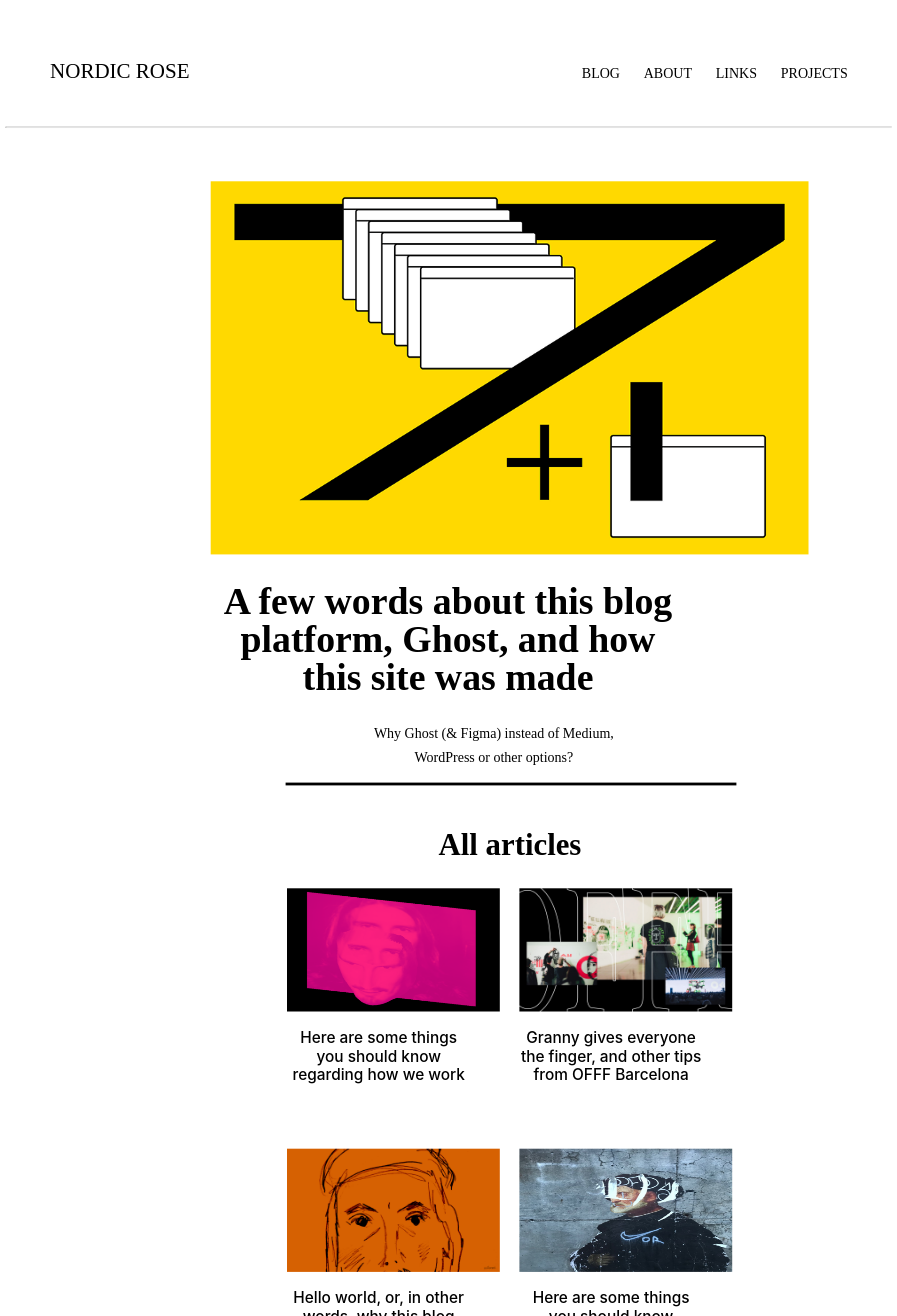
Repository: ThuTrang-jvb/JVB-BT1
Page: Page 2/listing.html
These files come from the project's save history. The page is drawn as it stood at one moment and after a run of saves; the edit follows.
The browser window is 1280 px wide. The page is 1280 px wide, then 1282 px, so the pictures cover 1282 px, including what lies to the right of the window. The pictures show the part of the page from y = 0 to 1880 px (the page is 3960 px tall before and 3779 px after), at 70% of full size.

Above is the page before, as saved 2025-06-26 15:21:50.

### Page 2/listing.html
<!DOCTYPE html>
<html lang="en">
<head>
    <meta charset="UTF-8">
    <meta name="viewport" content="width=device-width, initial-scale=1.0">
    <link rel="stylesheet" href="styleListing.css">
    <title>NORDIC ROSE</title>
</head>
<body>
    <div class="header">
        <h1>NORDIC ROSE</h1>
        <div class="nav">
            <p>blog</p>
            <p>about</p>
            <p>links</p>
            <p>projects</p>
        </div>
        <div class="hamburger">
            <span></span>
            <span></span>
            <span></span>
        </div>
    </div>
    <hr>

    <div class="main">
        <div class="title">
            <img src="image/image 2.png" alt="image 2">
            <h1>A few words about this blog platform, Ghost, and how this site was made</h1>
            <p>Why Ghost (& Figma) instead of Medium, <br> WordPress or other options?</p>
            <hr>
        </div>

        <div class="articles">
            <h2>All articles</h2>
            <div class="image_desktop">
                <div class="image">
                    <img src="image/image.png" alt="Rectangle 12">
                    <p>Here are some things you should know regarding how we work </p>
                </div>
                <div class="image">
                    <img src="image/image1.png" alt="Rectangle 13">
                    <p>Granny gives everyone the finger, and other tips from OFFF Barcelona</p>
                </div>
                <div class="image">
                    <img src="image/image2.png" alt="Rectangle 13" >
                    <p>Hello world, or, in other words, why this blog exists </p>
                </div>
                <div class="image">
                    <img src="image/image3.png" alt="Rectangle 12">
                    <p>Here are some things you should know regarding how we work  </p>
                </div>
                <div class="image">
                    <img src="image/image4.png" alt="Rectangle 14">
                    <p>Connecting artificial intelligence with digital product design</p>
                </div>
                <div class="image">
                    <img src="image/image5.png" alt="Rectangle 15">
                    <p>It’s all about finding the perfect balance </p>
                </div>
                <div class="image">
                    <img src="image/image6.png" alt="Rectangle 12">
                    <p>I believe learning is the most important skill</p>
                </div>
                <div class="image">
                    <img src="image/image7.png" alt="Rectangle 13">
                    <p>Clients are part of the team</p>
                </div>
                <div class="image">
                    <img src="image/image8.png" alt="Rectangle 19">
                    <p>Clients are part of the team</p>
                </div>
                <div class="image">
                    <img src="image/image9.png" alt="Rectangle 17">
                    <p>Here are some things you should know regarding how we work </p>
                </div>
                <div class="image">
                    <img src="image/image10.png" alt="Rectangle 16">
                    <p>Connecting artificial intelligence with digital product design</p>
                </div>
                <div class="image">
                    <img src="image/image11.png" alt="Rectangle 18">
                    <p>How modern remote working tools get along with Old School Cowboy's methods</p>
                </div>
            </div>
            <div class="image_mobile">
                <div class="image">
                    <img src="image/image1.png" alt="Rectangle 13">
                    <p>Granny gives everyone the finger, and other tips from OFFF Barcelona</p>
                </div>
                <div class="image">
                    <img src="image/image2.png" alt="">
                    <p>Hello world, or, in other words, why this blog exists</p>
                </div>
                <div class="image">
                    <img src="image/image.png" alt="">
                    <p>Here are some things you should know regarding how we work </p>
                </div>
                <div class="image">
                    <img src="image/image12.png" alt="Retangle 39">
                    <p>Updating list of 50+ sources on distributed teams, remote work, and how to make it all work better</p>
                </div>
                <div class="image">
                    <img src="image/image13.png" alt="Rectangle 37">
                    <p>A few words about this blog platform, Ghost, and how this site was made</p>
                </div>
                <div class="image">
                    <img src="image/image11.png" alt="">
                    <p>How modern remote working tools get along with Old School Cowboy's methods</p>
                </div>
            </div>
        </div>
    </div>
    <div class="footer">
        <div class="line">
            <span class="bold">Digital product design</span>
            <span>Remote work</span>
            <span class="bold">UX design</span>
            <span>Distributed teams</span>
            <span class="bold">Creativity</span>
            <span>Strategy</span>
            <span class="bold">Suspense</span>
            <span>Growth</span>

        </div>
        <p class="logo">NORDIC ROSE</p>
        <p class="para">Lorem ipsum dolor sit amet, consectetur adipiscing elit. Duis eu velit tempus erat egestas efficitur. In hac habitasse platea dictumst. Fusce a nunc eget ligula suscipit finibus. </p>
        <div class="info">
            <p>Twitter</p>
            <p>LinkedIn</p>
            <p>RSS</p>
        </div>
        <p class="year">© 2012–2020 Nordic Rose Co. All rights reserved. </p>
    </div>
</body>
</html>

### Page 2/styleListing.css

.header {
    width: 100%;
    max-width: 1440px;
    height: auto;
    box-sizing: border-box;
    justify-content: space-between;
    align-items: center;
    display: flex;
    gap: 476.59px;
    padding: 52.54px 61px 40px 63.58px;
}
.header h1 {
    font-weight: 400;
    font-size: 30px;
}
.hamburger {
  display: none;
  flex-direction: column;
  gap: 5px;
  cursor: pointer;
}

.hamburger span {
  width: 25px;
  height: 3px;
  background-color: black;
  display: block;
  border-radius: 2px;
}
hr {
    width: 100%;
    margin: 0;
}
.nav {
    font-family: New York Small;
    font-weight: 500;
    font-size: 20px;
    line-height: 170%;
    letter-spacing: 12%;
    text-align: center;
    text-transform: uppercase;
    display: flex;
    gap: 34px;
    padding-top: 6.46px ;
}
.main {
    padding: 76px 293px 0;
}

.title img {
    width: 854px;
    height: 533px;
    align-items: center;
}
.title h1 {
    font-family: New York Extra Large;
    font-weight: 700;
    font-size: 54px;
    line-height: 100%;
    letter-spacing: 0%;
    text-align: center;
    max-width: 858px;
}
.title p {
    font-family: SF Mono;
    font-weight: 400;
    font-size: 20px;
    line-height: 170%;
    letter-spacing: 0%;
    text-align: center;
    margin-left: 131px;
    max-width: 592px;

}
.title hr {
    border: 2px solid #000000;
    width: 640px;
    margin-left: 107px;
}
.articles h2 {
    font-family: New York Extra Large;
    font-weight: 700;
    font-size: 44px;
    line-height: 100%;
    letter-spacing: 0%;
    text-align: center;
    max-width: 225px;
    padding-left: 315px;
    padding-top: 64px;
    padding-bottom: 39px;
    margin: 0;
}
.image_desktop img{
    width: 304px;
    height: 176px;
    padding-bottom: 20px;
}
.image_desktop {
    display: grid;
    grid-template-columns: repeat(2, 0fr);
    padding-left: 109px;
    gap: 28px;
}
.image p {
    max-width: 262px;
    padding-bottom: 64px;
    font-family: SF Pro Display;
    font-weight: 500;
    font-size: 22px;
    line-height: 120%;
    text-align: center;
    margin: 0;
}
.image {
    max-width: 304px;
}
.image_mobile {
    display: none;
}
.footer {
    background-color: #000000;
    color: white;
    text-align: center;
    padding-bottom:32px;
}
.bold {
    font-weight: 800;
}
.line {
      font-family: SF Pro Text;
      font-size: 20px;
      color: #fff;
      text-transform: uppercase;
      display: inline-flex;
      flex-wrap: nowrap;
      justify-content: center;
      line-height: 28px;
      max-width: 100%;
      overflow: hidden;
      letter-spacing: 2.8px;
      white-space: nowrap;
      padding-bottom: 105.12px;
}
.line span {
    margin-right: 5px;
}
.footer h1 {
    padding-bottom: 25.58px;
}
.para {
    font-family: New York Small;
    font-weight: 400;
    font-size: 16px;
    line-height: 140%;
    letter-spacing: 0%;
    text-align: center;
    max-width: 488px;
    padding-left: 476px;
    padding-bottom: 32px;
    margin: 0;
}
.info {
    display: flex;
    justify-content: space-between;
    align-items: center;
    max-width: 209px;
    padding-left: 616px;
    padding-bottom: 64px;
}

.info p {
    margin: 0;
    font-family: SF Pro Text;
    font-weight: 500;
    font-size: 16px;
    line-height: 170%;
    text-decoration: underline;
    gap: 28px;
}
.logo {
    margin: 0;
    font-weight: 400;
    font-size: 30px;
    padding-bottom: 25.58px;
}
.footer .year {
    max-width: 178px;
    padding-left: 630px;
}
@media screen and (max-width: 767px) {
    .header {
        padding: 24px 20px;
        gap: 0;
    }

    .nav {
        display: none;
    }

    .hamburger {
        display: flex;
    }
    hr {
        width: 100%;
    }
    .main {
        padding: 52px 0 0 0;
    }

    .title img {
        width: 100vw;
        height: auto;
        display: block;
        margin-left: calc(-1 * ((100vw - 100%) / 2));
    }

    .title h1 {
        font-size: 28px;
        max-width: 100%;
        text-align: center;
        padding: 10px;
        margin: 0 auto;
    }

    .title p {
        font-size: 16px;
        max-width: 90%;
        margin: 0 auto 10px;
        text-align: center;
    }

    .title hr {
        width: 90%;
        margin: 16px auto;
    }

    .articles h2 {
        font-size: 26px;
        padding: 24px 0 16px;
        max-width: 100%;
        padding-left: 0;
    }

    .image_desktop {
        display: none;
    }

    .image_mobile {
        display: block;
        width: 100%;
        padding: 0 16px;
    }

    .image_mobile .image {
        margin-bottom: 32px;
    }

    .image_mobile img {
        width: 100%;
        height: auto;
        display: block;
        margin: 0 auto;
        align-items: center;
        justify-content: center;
    }

    .image_mobile p {
        font-size: 16px;
        text-align: center;
        padding-top: 8px;
    }

    .line {
        flex-wrap: wrap;
        font-size: 14px;
        line-height: 24px;
        padding-bottom: 32px;
        justify-content: center;
    }

    .line span {
        font-size: 14px;
        padding: 4px 8px;
    }

    .logo {
        font-size: 20px;
        padding-bottom: 16px;
    }

    .para {
        font-size: 14px;
        padding: 0 20px 24px;
        margin: 0 auto;
        max-width: 90%;
    }

    .info {
        justify-content: center;
        gap: 16px;
        font-size: 14px;
        padding: 0 0 24px;
        max-width: 100%;
    }

    .footer .year {
        font-size: 12px;
        padding: 0 16px;
    }
}

After the next 6 saves:
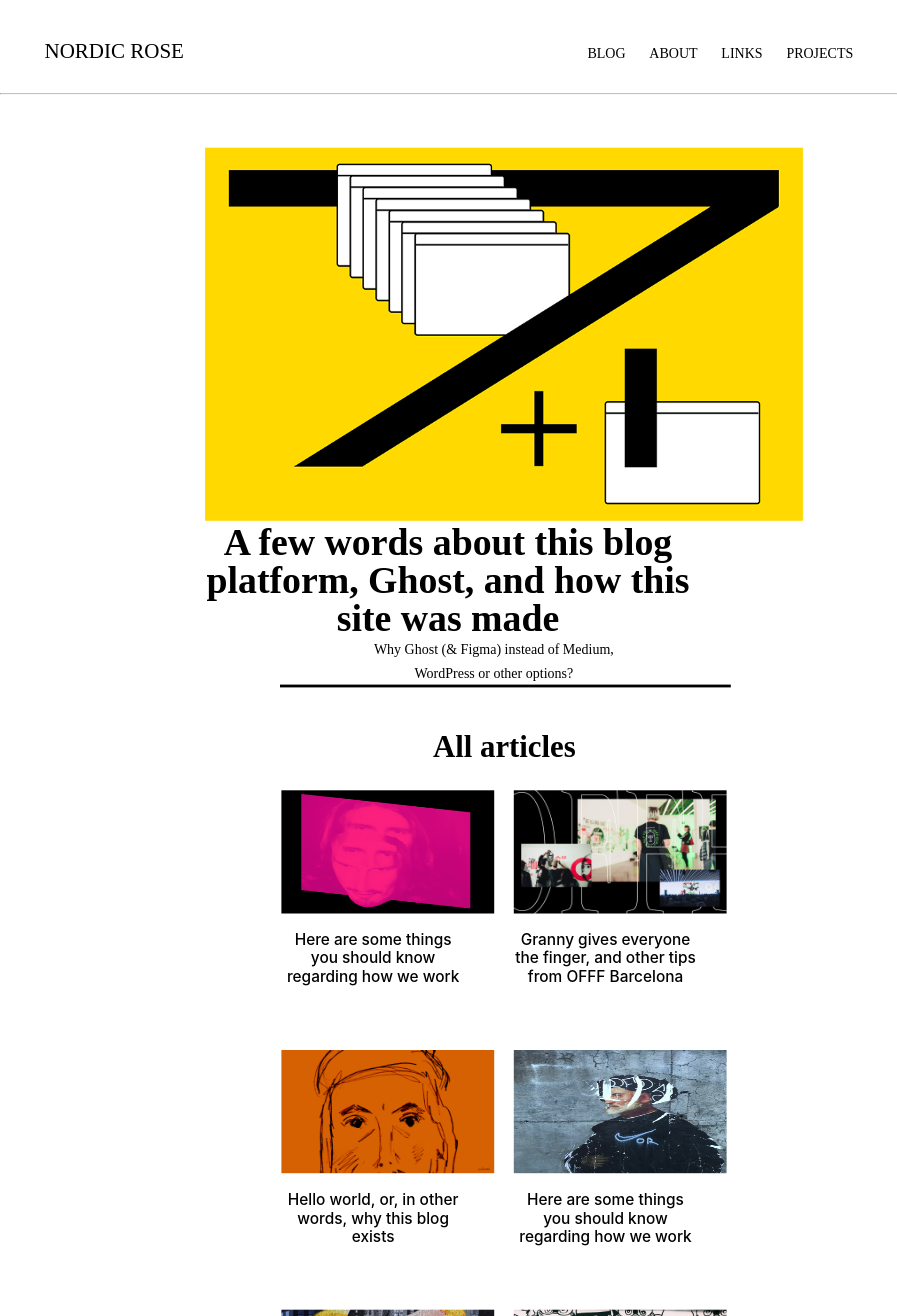
The 6 saves are shown as one change because they came seconds apart.
The last was saved 4 min 45 s later.
--- a/Page 2/styleListing.css
+++ b/Page 2/styleListing.css
@@ -1,4 +1,6 @@
-
+ * {
+    margin: 0;
+ }
 .header {
     width: 100%;
     max-width: 1440px;
